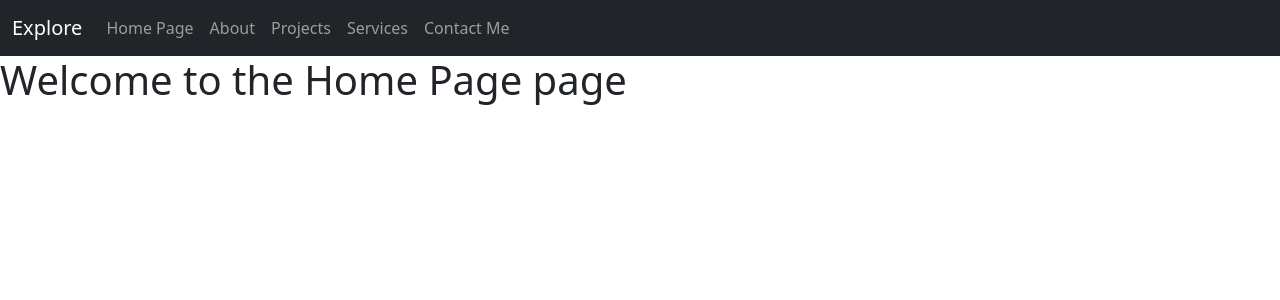
Repository: Survey-Wizard/SurveyWizard
Page: http://localhost/
The author's editor kept a copy of each file at every save. The page is drawn from the files as they stood at one save, then again after a run of saves.
The browser window is 1280 px wide. The pictures show the whole page.
The page is served by the project's Node server (server.js). Other server files are loaded and not shown.

Above is the page before, as saved 2021-05-30 10:00:19.

### views/index.ejs
<!DOCTYPE html>
<html lang="en">
<head>
  <meta charset="UTF-8">
  <meta http-equiv="X-UA-Compatible" content="IE=edge">
  <meta name="viewport" content="width=device-width, initial-scale=1.0">
  <title><%= title %></title>
  <link rel='stylesheet' href='/bootstrap/dist/css/bootstrap.min.css' />
  <link rel='stylesheet' href='/@fortawesome/fontawesome-free/css/all.min.css' />
  <link rel='stylesheet' href='/Content/app.css' />

</head>
<body>

  <nav class="navbar navbar-expand-lg navbar-dark bg-dark">
    <div class="container-fluid">
      <a class="navbar-brand" href="#">Explore</a>

      <button class="navbar-toggler" type="button" data-bs-toggle="collapse" data-bs-target="#navbarSupportedContent" aria-controls="navbarSupportedContent" aria-expanded="false" aria-label="Toggle navigation">
        <span class="navbar-toggler-icon"></span>
      </button>

      <div class="collapse navbar-collapse" id="navbarSupportedContent">
        <ul class="navbar-nav ml-auto">

          <li class="nav-item active">
            <a class="nav-link"  href="/home">Home Page</a>
          </li>

          <li class="nav-item active">
            <a class="nav-link"  href="/about">About</a>
          </li>

          <li class="nav-item active">
            <a class="nav-link"  href="/projects">Projects</a>
          </li>

          <li class="nav-item active">
            <a class="nav-link"  href="/services">Services</a>
          </li>

          <li class="nav-item active">
            <a class="nav-link"  href="/contact">Contact Me</a>
          </li>

        </div>
      </nav>



  <h1>Welcome to the <%= title %> page</h1>


  <script src="/jquery/dist/jquery.min.js"></script>
  <script src="/bootstrap/dist/css/bootstrap.min.js"></script>
  <script src="/Scripts/app.js"></script>

</body>
</html>

### server.js
#!/usr/bin/env node

/**
 * Module dependencies.
 */

var app = require('./app');
var debug = require('debug')('assignment-1-portfolio:server');
var http = require('http');

/**
 * Get port from environment and store in Express.
 */

var port = normalizePort(process.env.PORT || '3000');
app.set('port', port);

/**
 * Create HTTP server.
 */

var server = http.createServer(app);

/**
 * Listen on provided port, on all network interfaces.
 */

server.listen(port);
server.on('error', onError);
server.on('listening', onListening);

/**
 * Normalize a port into a number, string, or false.
 */

function normalizePort(val) {
  var port = parseInt(val, 10);

  if (isNaN(port)) {
    // named pipe
    return val;
  }

  if (port >= 0) {
    // port number
    return port;
  }

  return false;
}

/**
 * Event listener for HTTP server "error" event.
 */

function onError(error) {
  if (error.syscall !== 'listen') {
    throw error;
  }

  var bind = typeof port === 'string'
    ? 'Pipe ' + port
    : 'Port ' + port;

  // handle specific listen errors with friendly messages
  switch (error.code) {
    case 'EACCES':
      console.error(bind + ' requires elevated privileges');
      process.exit(1);
      break;
    case 'EADDRINUSE':
      console.error(bind + ' is already in use');
      process.exit(1);
      break;
    default:
      throw error;
  }
}

/**
 * Event listener for HTTP server "listening" event.
 */

function onListening() {
  var addr = server.address();
  var bind = typeof addr === 'string'
    ? 'pipe ' + addr
    : 'port ' + addr.port;
  debug('Listening on ' + bind);
}

### routes/index.js
var express = require('express');
var router = express.Router();


/* GET home page. */
router.get('/', function(req, res, next) {
  res.render('index', { title: 'Home Page' });
});

/* GET home page. */
router.get('/home', function(req, res, next) {
  res.render('index', { title: 'Home Page' });
});

/* GET About page. */
router.get('/about', function(req, res, next) {
  res.render('index', { title: 'About' });
});

/* GET Projects page. */
router.get('/projects', function(req, res, next) {
  res.render('index', { title: 'Projects' });
});

/* GET Services page. */
router.get('/services', function(req, res, next) {
  res.render('index', { title: 'Services' });
});

/* GET Contact page. */
router.get('/contact', function(req, res, next) {
  res.render('index', { title: 'Contact Me' });
});



module.exports = router;

### app.js
let createError = require('http-errors');
let express = require('express');
let path = require('path');
let cookieParser = require('cookie-parser');
let logger = require('morgan');

let indexRouter = require('./routes/index');
let usersRouter = require('./routes/users');

let app = express();

// view engine setup
app.set('views', path.join(__dirname, 'views'));
app.set('view engine', 'ejs');

app.use(logger('dev'));
app.use(express.json());
app.use(express.urlencoded({ extended: false }));
app.use(cookieParser());
app.use(express.static(path.join(__dirname, 'public')));
app.use(express.static(path.join(__dirname, 'node_modules')));
app.use('/', indexRouter);
app.use('/users', usersRouter);

// catch 404 and forward to error handler
app.use(function(req, res, next) {
  next(createError(404));
});

// error handler
app.use(function(err, req, res, next) {
  // set locals, only providing error in development
  res.locals.message = err.message;
  res.locals.error = req.app.get('env') === 'development' ? err : {};

  // render the error page
  res.status(err.status || 500);
  res.render('error');
});

module.exports = app;

### public/Content/app.css
/* Custom css */

### public/Scripts/app.js
(function (){

    function Start ()
    {
        console.log("App Started...");

    }

    window.addEventListener("load", Start);

})();

After the next 2 saves:
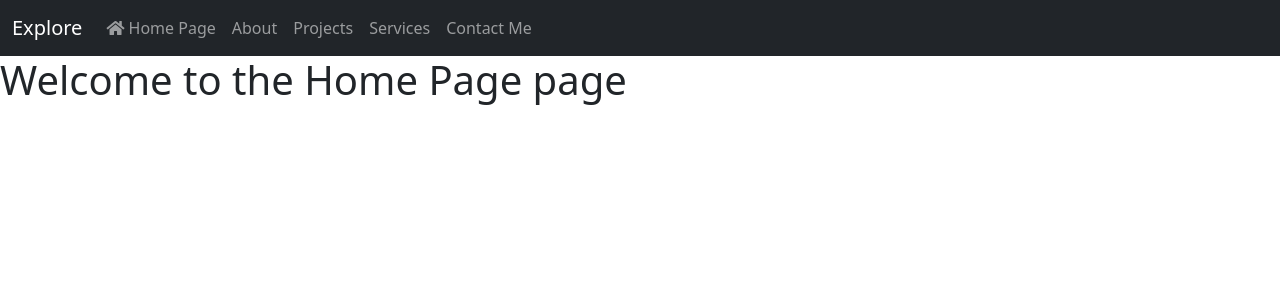
The 2 saves are shown as one change because they came seconds apart.
The last was saved 80 s later.
--- a/views/index.ejs
+++ b/views/index.ejs
@@ -24,7 +24,7 @@
         <ul class="navbar-nav ml-auto">
 
           <li class="nav-item active">
-            <a class="nav-link"  href="/home">Home Page</a>
+            <a class="nav-link"  href="/home"><i class="fas fa-home"></i> Home Page</a>
           </li>
 
           <li class="nav-item active">
